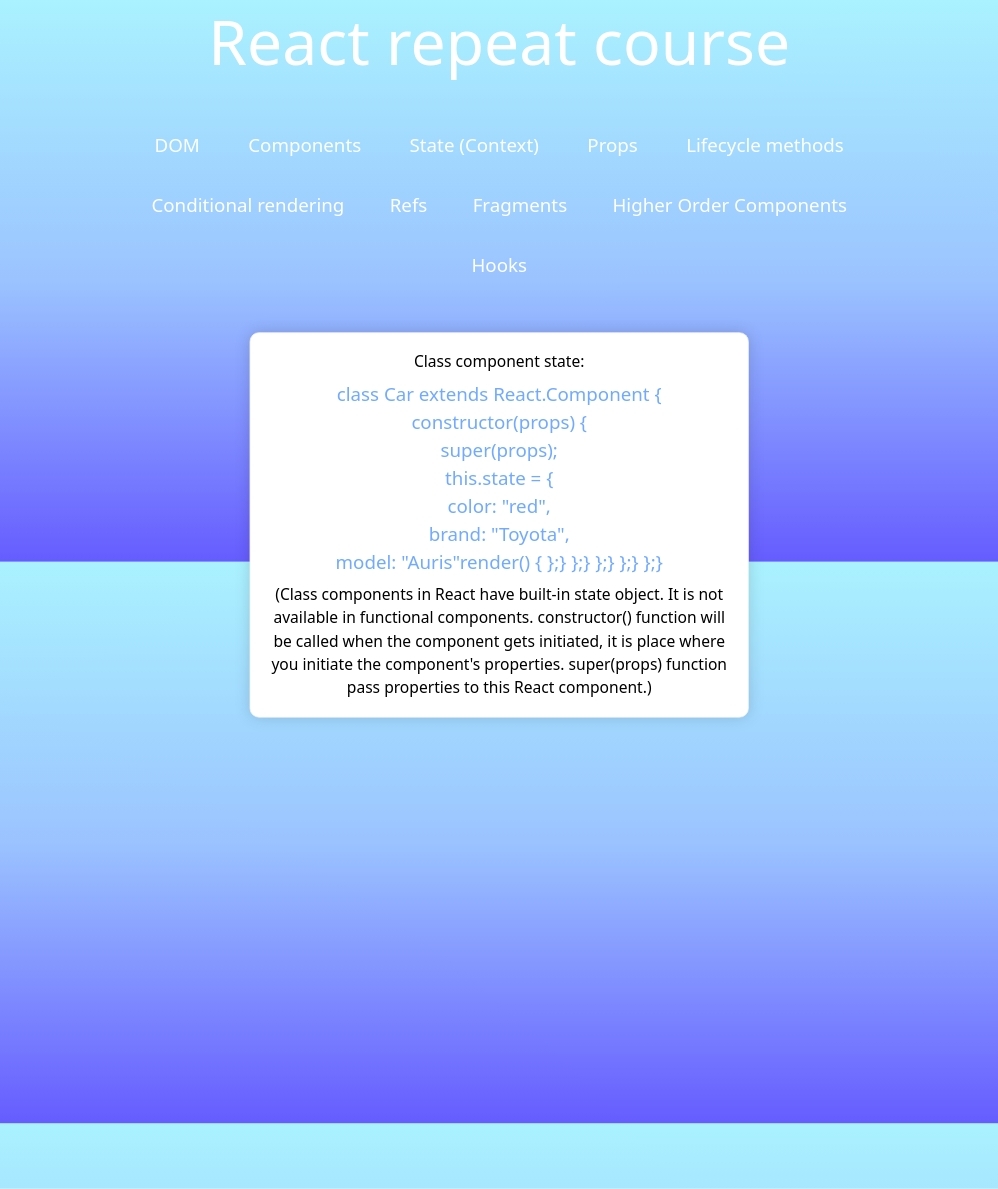
Repository: michalgornicki/github
Page: /#/State
An editor plug-in stored every save of this project. The page is shown before and after a run of saves, followed by the edit.
The browser window is 1280 px wide. The pictures show the whole page, at 78% of full size.
Backgrounds fixed to the window are drawn as part of the page. The project was rebuilt for these pictures with package versions that can differ from the ones it lists, and the page was loaded fresh each time. Also part of the build but not shown: src/components/dom.jsx, src/components/components.jsx, src/components/props.jsx, src/components/lifecycle.jsx, src/components/conditional.jsx, src/components/refs.jsx, src/components/fragments.jsx, src/components/hoc.jsx and 1 more.

Above is the page before, as saved 2022-02-07 12:58:41.

### src/App.jsx
import React from "react";
import "./App.css";
import "bootstrap/dist/css/bootstrap.min.css";
import { Route, HashRouter as Router, Routes, Link } from "react-router-dom";
import DOM from "./components/dom.jsx";
import Components from "./components/components.jsx";
import State from "./components/state.jsx";
import Props from "./components/props.jsx";
import Lifecycle from "./components/lifecycle.jsx";
import Conditional from "./components/conditional.jsx";
import Refs from "./components/refs.jsx";
import Fragments from "./components/fragments.jsx";
import HOC from "./components/hoc.jsx";
import Hooks from "./components/hooks.jsx";

const App = () => {
  return (
    <Router>
      <div className="text-center">
        <div className="display-1 mt-1 mb-5 text-white">React repeat course</div>

        <div className="h4 d-flex w-75 m-auto my-5 justify-content-evenly flex-wrap text-white">
          <Link className="link-style m-3" to="/">
            DOM
          </Link>
          <Link className="link-style m-3" to="/Components">
            Components
          </Link>
          <Link className="link-style m-3" to="/State">
            State (Context)
          </Link>
          <Link className="link-style m-3" to="/Props">
            Props
          </Link>
          <Link className="link-style m-3" to="/Lifecycle">
            Lifecycle methods
          </Link>
          <Link className="link-style m-3" to="/Conditional">
            Conditional rendering
          </Link>
          <Link className="link-style m-3" to="/Refs">
            Refs
          </Link>
          <Link className="link-style m-3" to="/Fragments">
            Fragments
          </Link>
          <Link className="link-style m-3" to="/HOC">
            Higher Order Components
          </Link>
          <Link className="link-style m-3" to="/Hooks">
            Hooks
          </Link>
        </div>

        <Routes>
          <Route path="/" element={<DOM />} />
          <Route path="/Components" element={<Components />} />
          <Route path="/State" element={<State />} />
          <Route path="/Props" element={<Props />} />
          <Route path="/Lifecycle" element={<Lifecycle />} />
          <Route path="/Conditional" element={<Conditional />} />
          <Route path="/Refs" element={<Refs />} />
          <Route path="/Fragments" element={<Fragments />} />
          <Route path="/HOC" element={<HOC />} />
          <Route path="/Hooks" element={<Hooks />} />
        </Routes>
      </div>
    </Router>
  );
};

export default App;

### src/App.css
@import url('https://fonts.googleapis.com/css2?family=Catamaran:wght@400&display=swap');

body{
    font-family: 'Catamaran', sans-serif;
    overflow-x: hidden;
    padding-bottom: 80vh;
    height: auto;
    background: linear-gradient(rgb(170, 242, 255), rgb(155, 195, 255), rgb(102, 92, 255));
    background-attachment: fixed;
}

.js-item{
    color:rgb(0, 0, 0);
    font-size: 1.25rem;
    background-color: white;
    transition: 0.2s;
    padding: 3vh;
    margin-bottom: 4vh!important;
    border: 1px solid rgb(240, 240, 240);
    width: 50%;
    margin-left: auto;
    margin-right: auto;
    box-shadow: 0px 0px 20px rgba(0, 0, 0, 0.15);
    border-radius: 0.75rem;
}

.js-item:hover{
    cursor: pointer;
    background-color: rgb(240, 240, 240);
}

.text-color{
    margin: auto;
    padding: 0.5rem;
    width: fit-content;
    color:rgb(113, 170, 255)!important;
    font-size: 1.5rem;
    border-radius: 1rem;
}

.link-style{
    color: inherit;
    text-decoration: inherit;
    padding: 0.5rem;
    border-radius: 0.5rem;
}

.link-style:hover{
    color: rgb(113, 170, 255);
    text-decoration: inherit;
}

@media only screen and (max-device-width: 600px), (max-width: 600px) {

    .js-item{
        width: 95%;
    }

}

### src/components/state.jsx
const State = () => {
  return (
    <div className="">
      <div className="js-item">
        {" "}
        <div className="">Class component state: </div>
        <div className="text-color">
          {`class Car extends React.Component {`} <br />
          {`constructor(props) {`} <br />
          {`super(props);`}{" "} <br />
          {`this.state = {`} <br />
          {`color: "red",`} <br />
          {`brand: "Toyota",`} <br />
          {`model: "Auris"`}
          {`render() {`}{" "}
          {`};}`}{" "}
          {`};}`}{" "}
          {`};}`}{" "}
          {`};}`}{" "}
          {`};}`}{" "}
        </div>{" "}
        (Class components in React have built-in state object. It is not available in functional components. constructor() function will be called when the component gets initiated, it is place where you initiate the component's properties. super(props) function pass properties to this React component.)
      </div>
    </div>
  );
};

export default State;

Loaded but not shown: public/index.html (common file); src/index.js (common file); src/index.css (common file); src/reportWebVitals.js (common file)

After the next 2 saves:
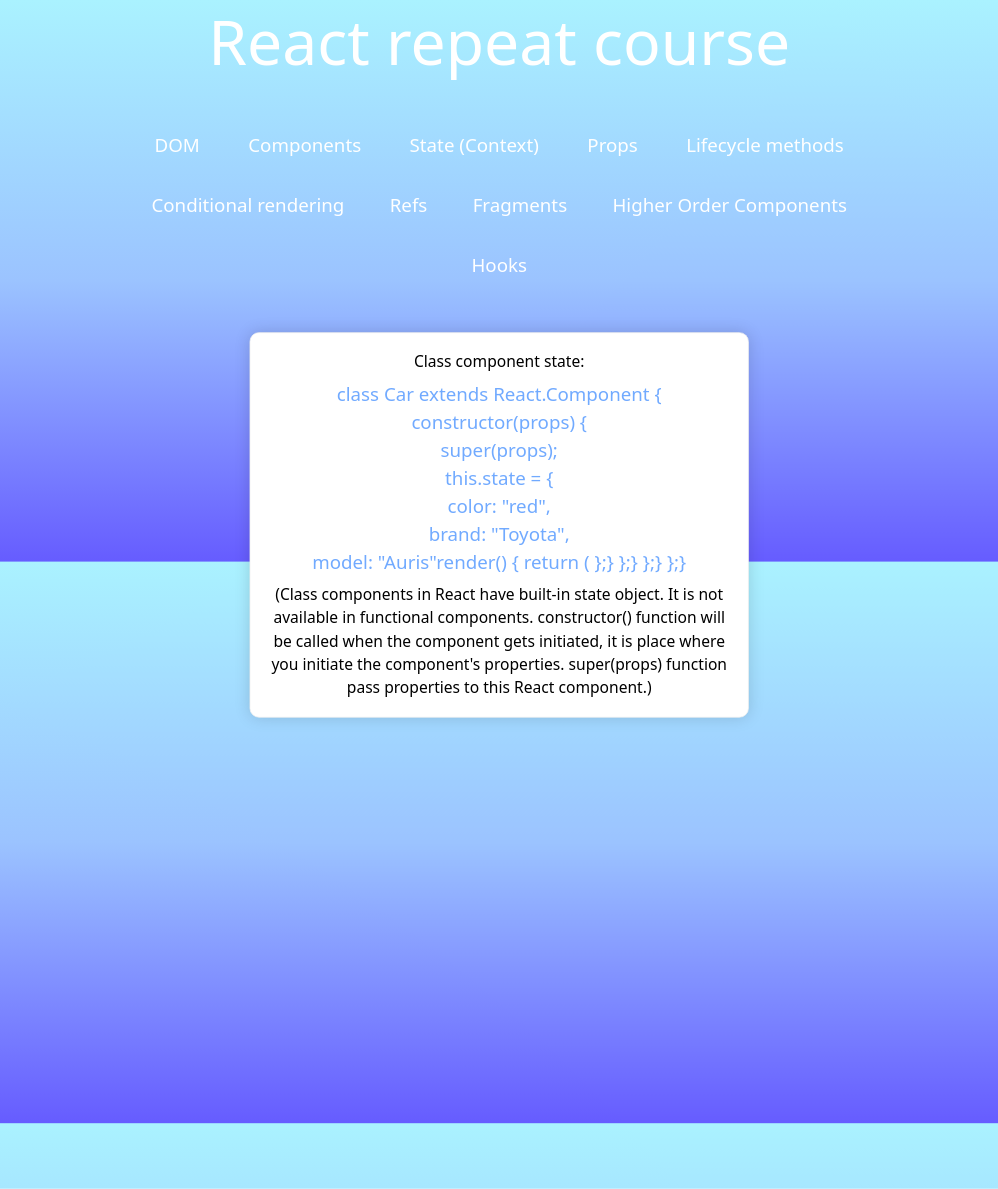
The 2 saves are shown as one change because they came seconds apart.
The last was saved 7 s later.
--- a/src/components/state.jsx
+++ b/src/components/state.jsx
@@ -13,7 +13,7 @@
           {`brand: "Toyota",`} <br />
           {`model: "Auris"`}
           {`render() {`}{" "}
-          {`};}`}{" "}
+          {`return (`}{" "}
           {`};}`}{" "}
           {`};}`}{" "}
           {`};}`}{" "}
